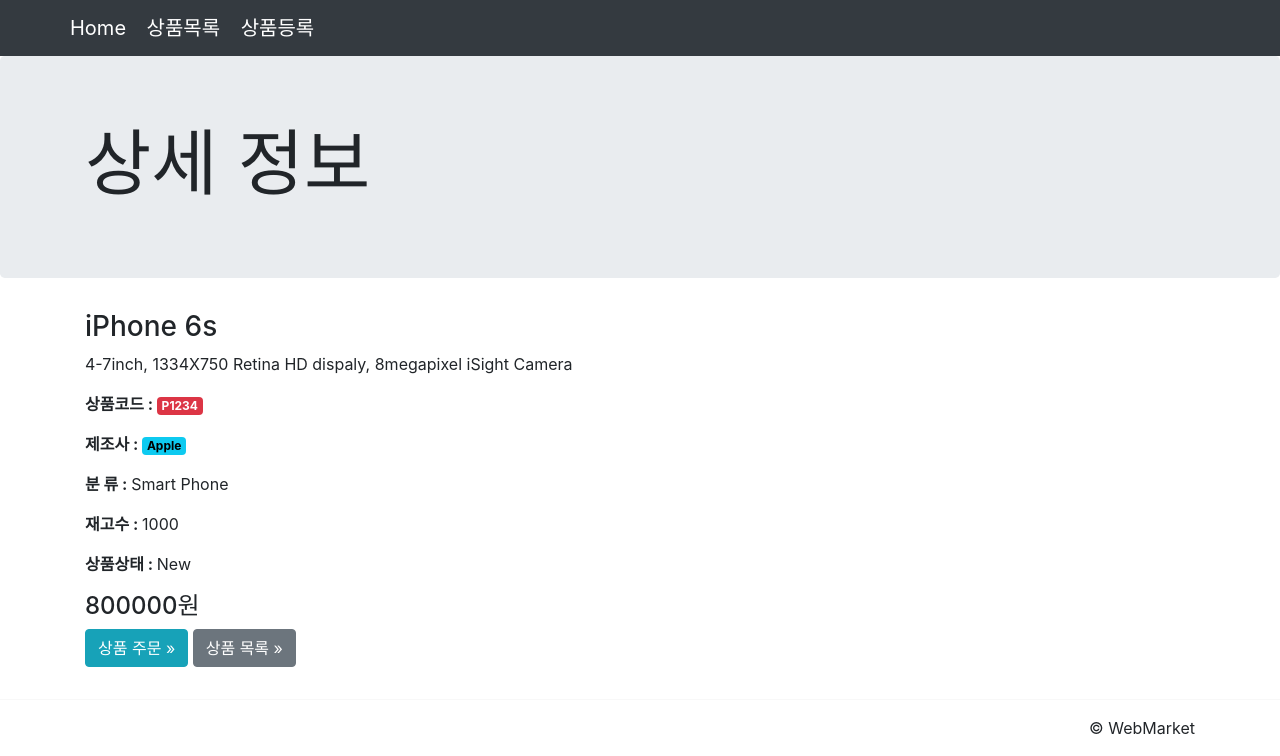
Repository: mi-ci/ai
Page: http://localhost/WebMarket/product.jsp?id=P1234
An editor plug-in stored every save of this project. The page is shown before and after the next save, followed by the edit.
The browser window is 1280 px wide. The pictures show the whole page.
The page is served by Tomcat 9.

Above is the page before, as saved 2024-01-22 02:12:21.

After the next save:
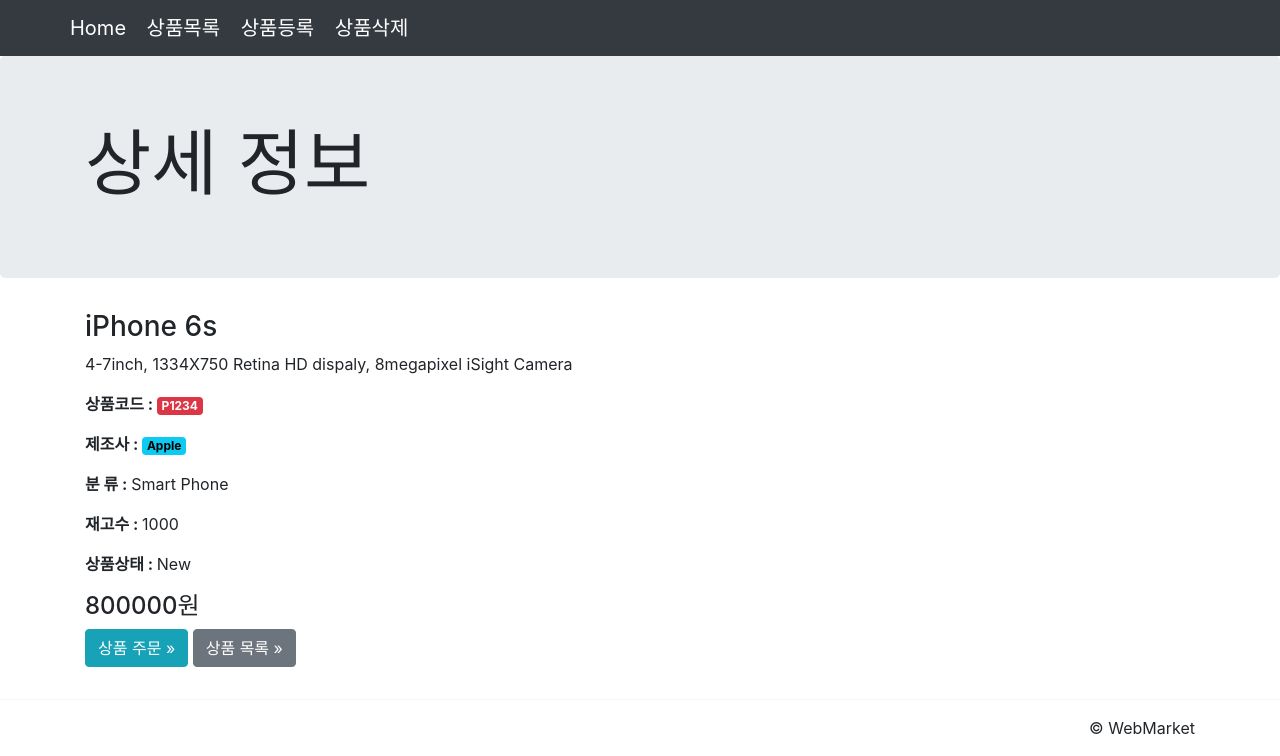
Saved 43 s later.
--- a/WebMarket/src/main/webapp/menu.jsp
+++ b/WebMarket/src/main/webapp/menu.jsp
@@ -14,6 +14,7 @@
 	 			<a class = "navbar-brand" href="welcome.jsp">Home</a>
 	 			<a class = "navbar-brand" href="Products.jsp">상품목록</a>
 	 			<a class = "navbar-brand" href="addProduct.jsp">상품등록</a>
+	 			<a class = "navbar-brand" href="deleteProduct2.jsp">상품삭제</a>
 	 		</div>
 		</div>
 	</nav>
